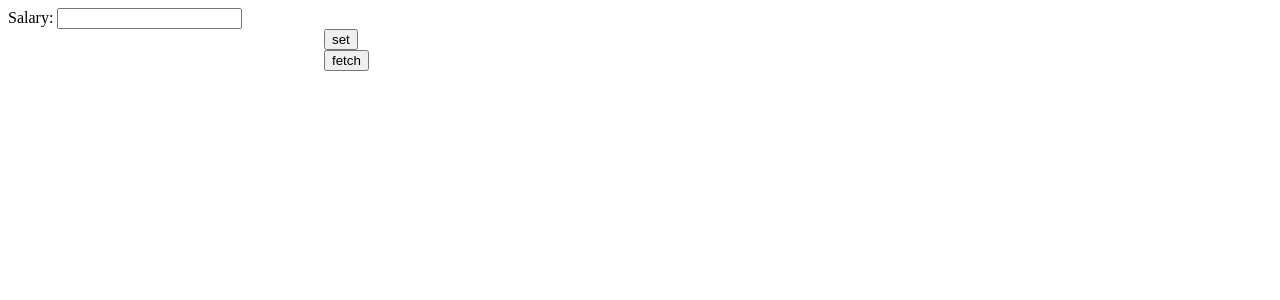
Repository: rameshraj97/Core-java
Page: firstWebsite/src/main/webapp/GlobalState.html
These files come from the project's save history. The page is drawn as it stood at one moment and after the next save; the edit follows.
The browser window is 1280 px wide. The pictures show the whole page.

Above is the page before, as saved 2022-05-25 06:14:42.

After the next save:
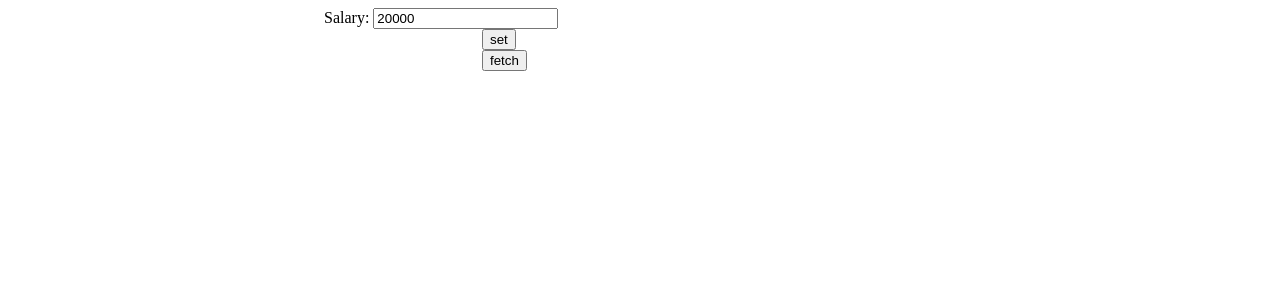
Saved 3 h 12 min later.
--- a/firstWebsite/src/main/webapp/GlobalState.html
+++ b/firstWebsite/src/main/webapp/GlobalState.html
@@ -1,23 +1,23 @@
 <!DOCTYPE html>
-<html>
-<head>
+<html> <head>
 <meta charset="ISO-8859-1">
 <title>Global State</title>
 </head>
 <body>
-	<form action="GlobalState" method="post">
-		<div>
-			<div>
-				<label for='salary'>Salary:</label>
-				<input type=text name='salary' id='salary'/>
-			</div>
-			<div style="width: 50%; margin: 0 auto">
-				<input type="submit" value="set" name="submit">
-			</div>
-			<div style="width: 50%; margin: 0 auto">
-				<input type="submit" value="fetch" name="submit">
-			</div>
-		</div>
-	</form>
+<form action="/firstwebsite/GlobalState" method="post"> <div style="width: 50%; margin: 0 auto">
+<div>
+<label for='salary'>Salary: </label>
+<input type=text name='salary' id='salary' value="20000"/>
+</div>
+<div style="width: 50%; margin: 0 auto">
+<input type="hidden" value="50000" name="bonus" id="bonus"/><!-- hidden value will be in the browser but not visible -->
+</div>
+<div style="width: 50%; margin: 0 auto"> <input type="submit" value="set" name="submit">
+</div>
+<div style="width: 50%; margin: 0 auto">
+<input type="submit" value="fetch" name="submit"> <!-- input element is used to stored data in the client side and is visible in the browser -->
+</div>
+</div>
+</form>
 </body>
 </html>
